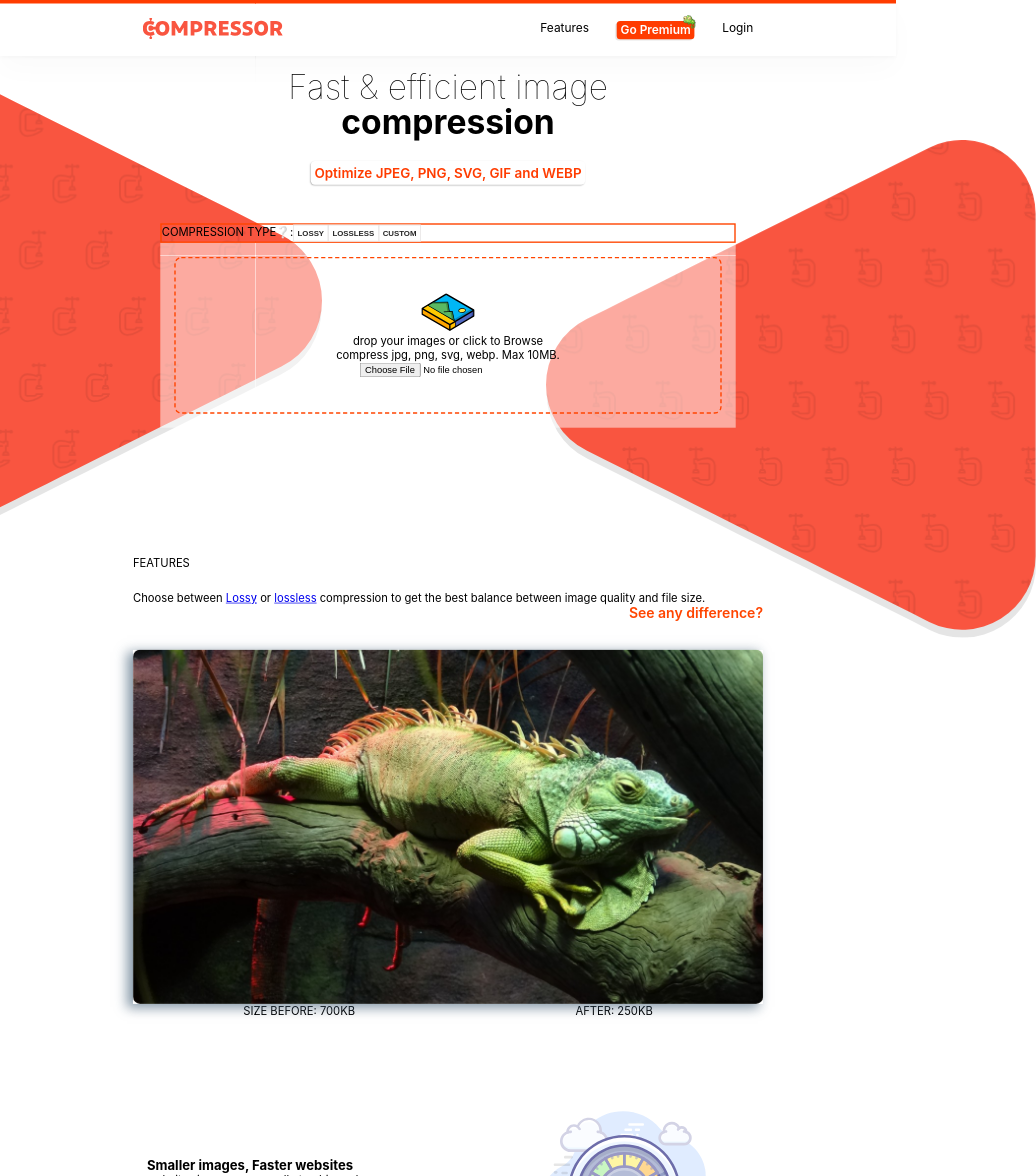
Repository: akindbest/compressor-clone
Page: Compressor project/compressor.html
These files come from the project's save history. The page is drawn as it stood at one moment and after the next save; the edit follows.
The browser window is 1280 px wide. The page is 1480 px wide, so the pictures cover 1480 px, including what lies to the right of the window. The pictures show the part of the page from y = 0 to 1680 px (the page is 2511 px tall), at 70% of full size.

Above is the page before, as saved 2025-10-02 11:12:37.

After the next save:
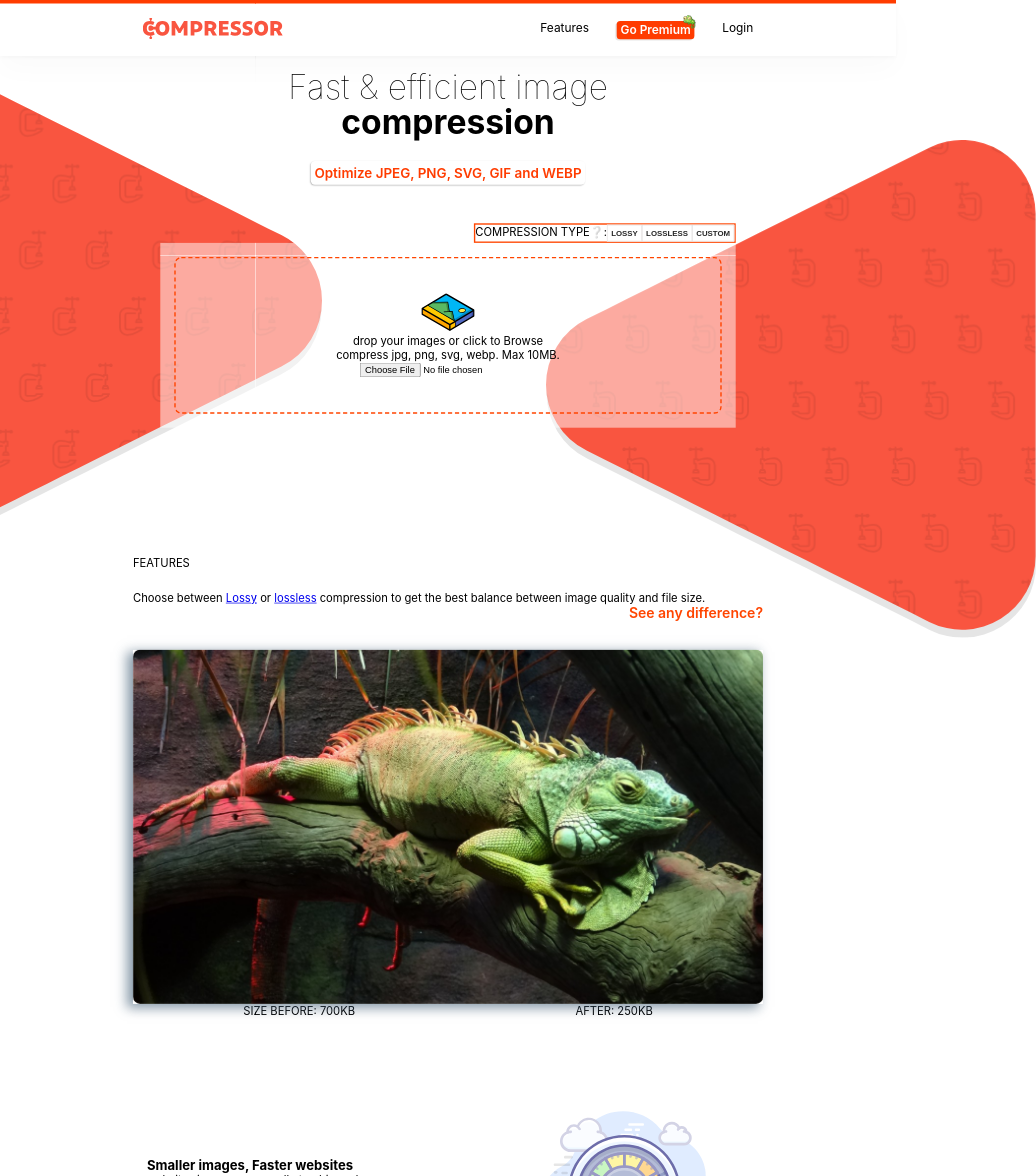
Saved 11 s later.
--- a/Compressor project/compressor.css
+++ b/Compressor project/compressor.css
@@ -131,7 +131,7 @@ main {
 }
 
 .com-btn {
-  width: 100%;
+  /* width: 100%; */
   display: flex;
   align-self: end;
   justify-self: end;
